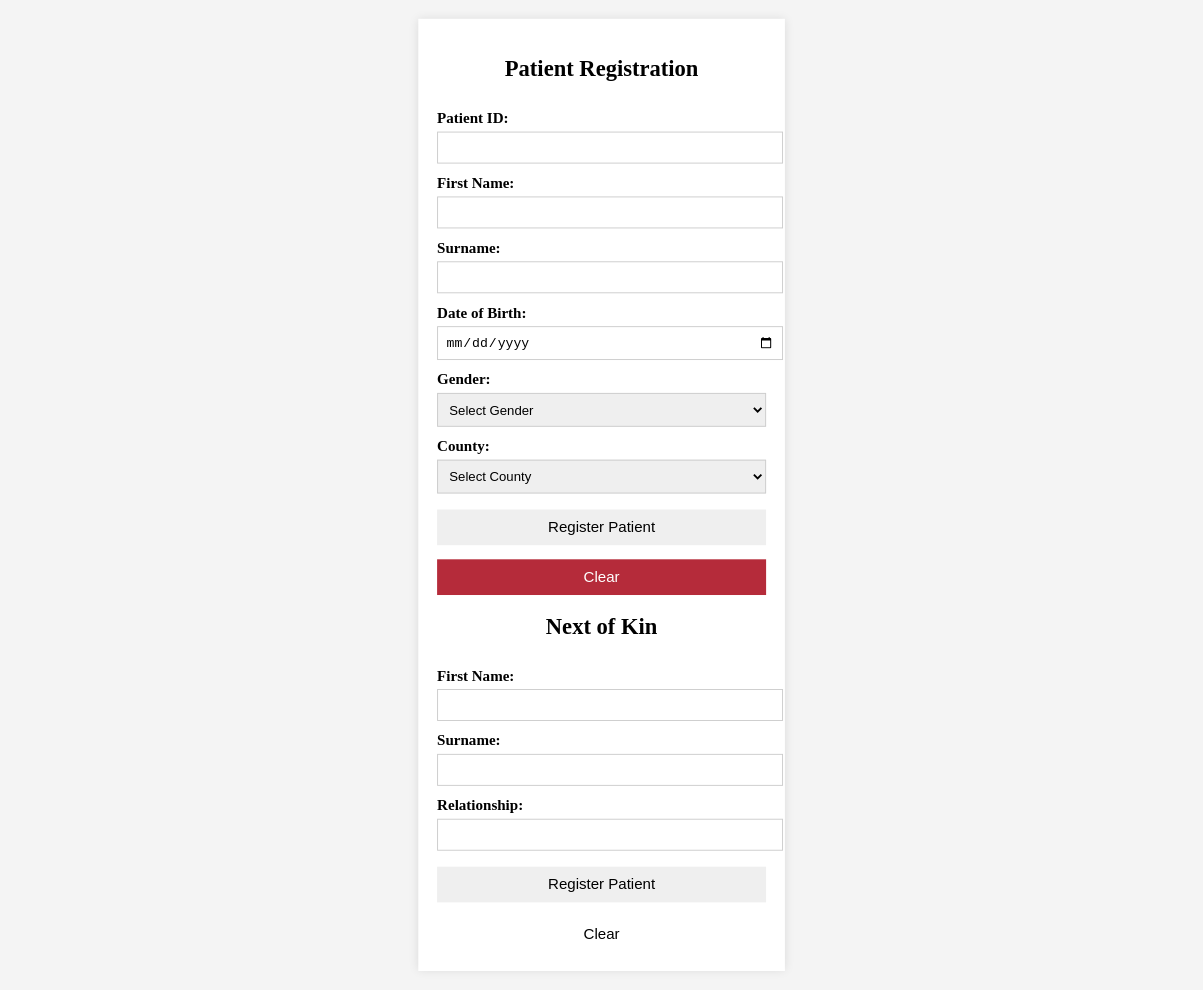
Repository: EphrahimLaanyu123/wsp
Page: Registration.html
The author's editor kept a copy of each file at every save. The page is drawn from the files as they stood at one save, then again after the next save.
The browser window is 1280 px wide. The pictures show the whole page, at 94% of full size.
The pointer rests on the first visible `button#clearForm`.

Above is the page before, as saved 2025-03-14 08:47:21.

After the next save:
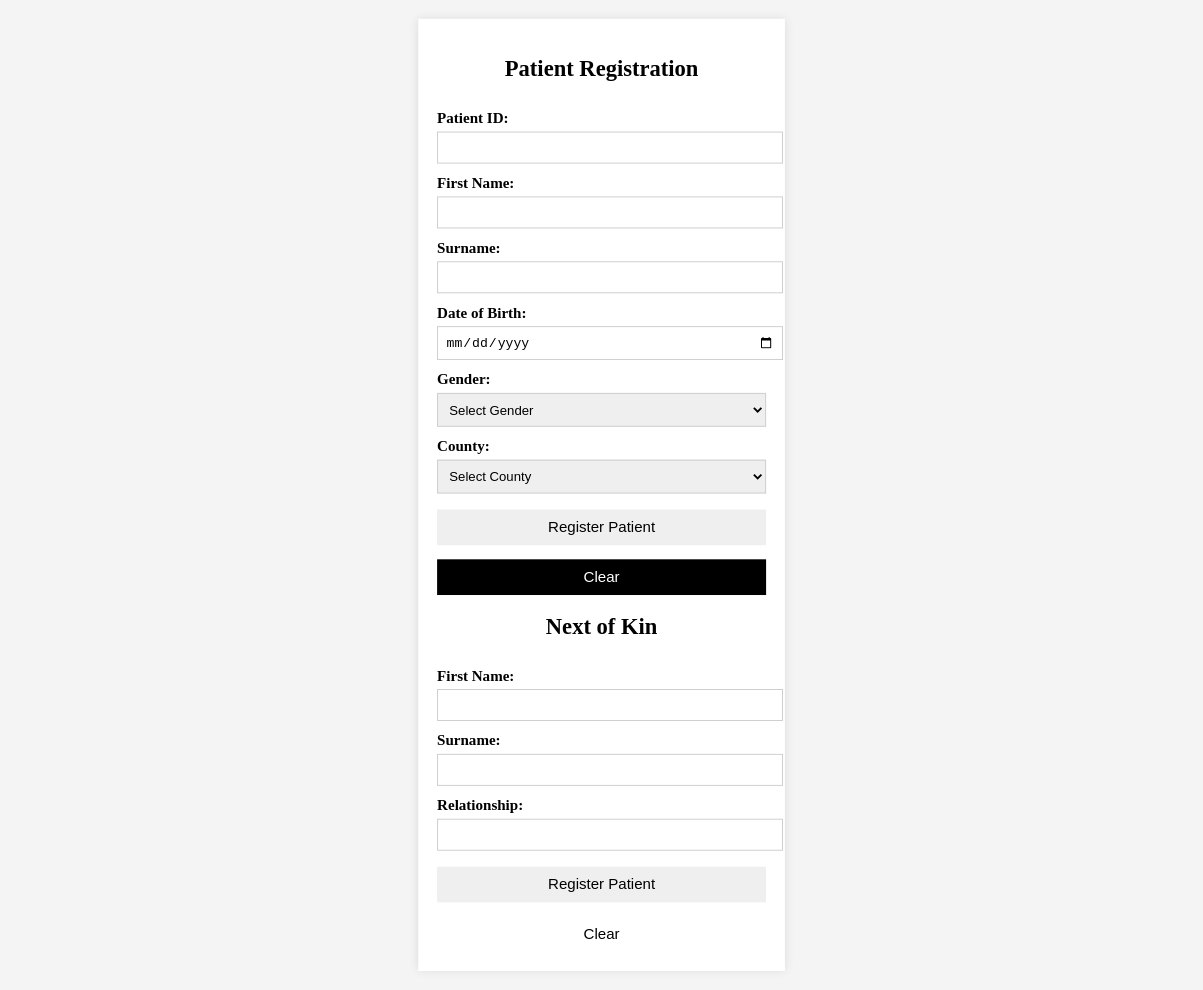
Saved 6 s later.
--- a/registration.css
+++ b/registration.css
@@ -79,5 +79,5 @@
 }
 
 button#clearForm:hover {
-    background: #b52b3a;
+    background: #000000;
 }
